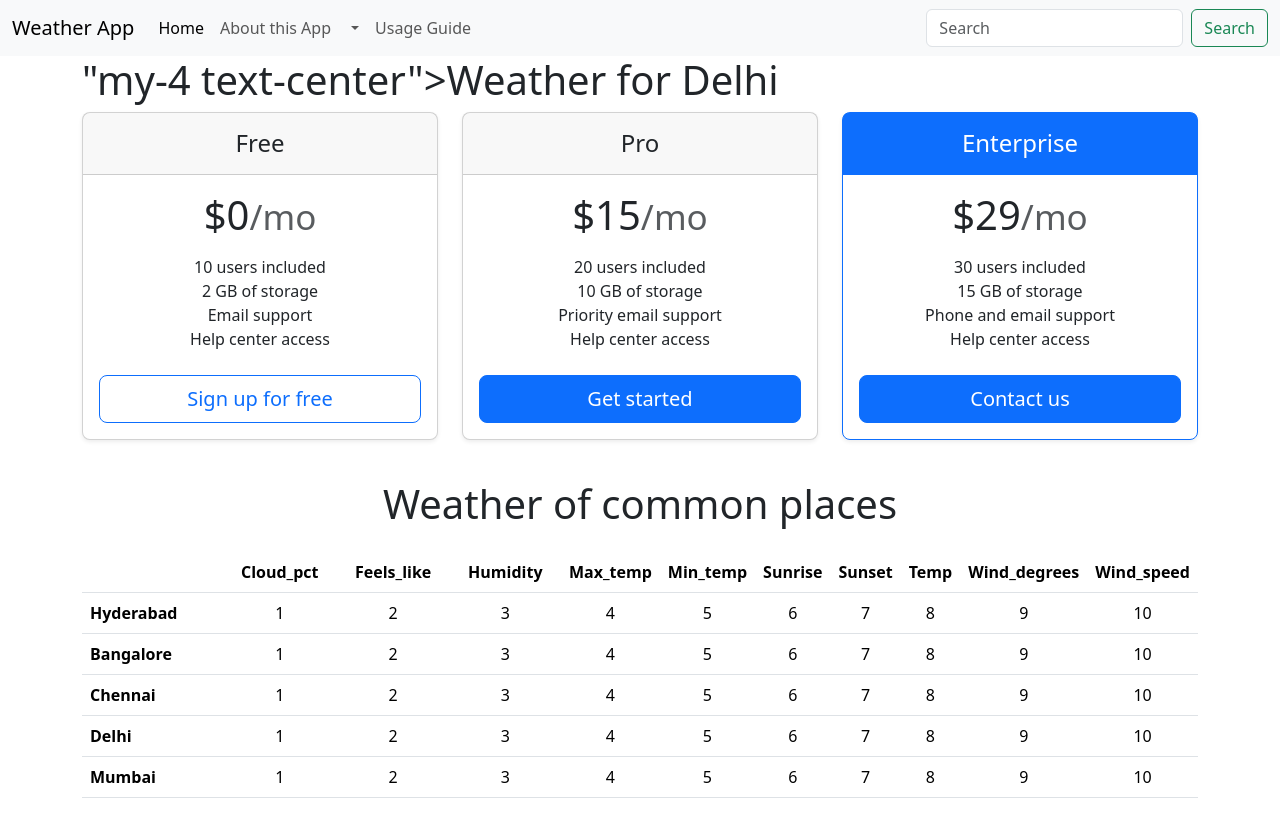
Repository: Abhilash2909/weather
Page: index.html
These files come from the project's save history. The page is drawn as it stood at one moment and after the next save; the edit follows.
The browser window is 1280 px wide. The pictures show the whole page.
The page's requests for data from a server got no answer.

Above is the page before, as saved 2024-02-11 10:50:14.

After the next save:
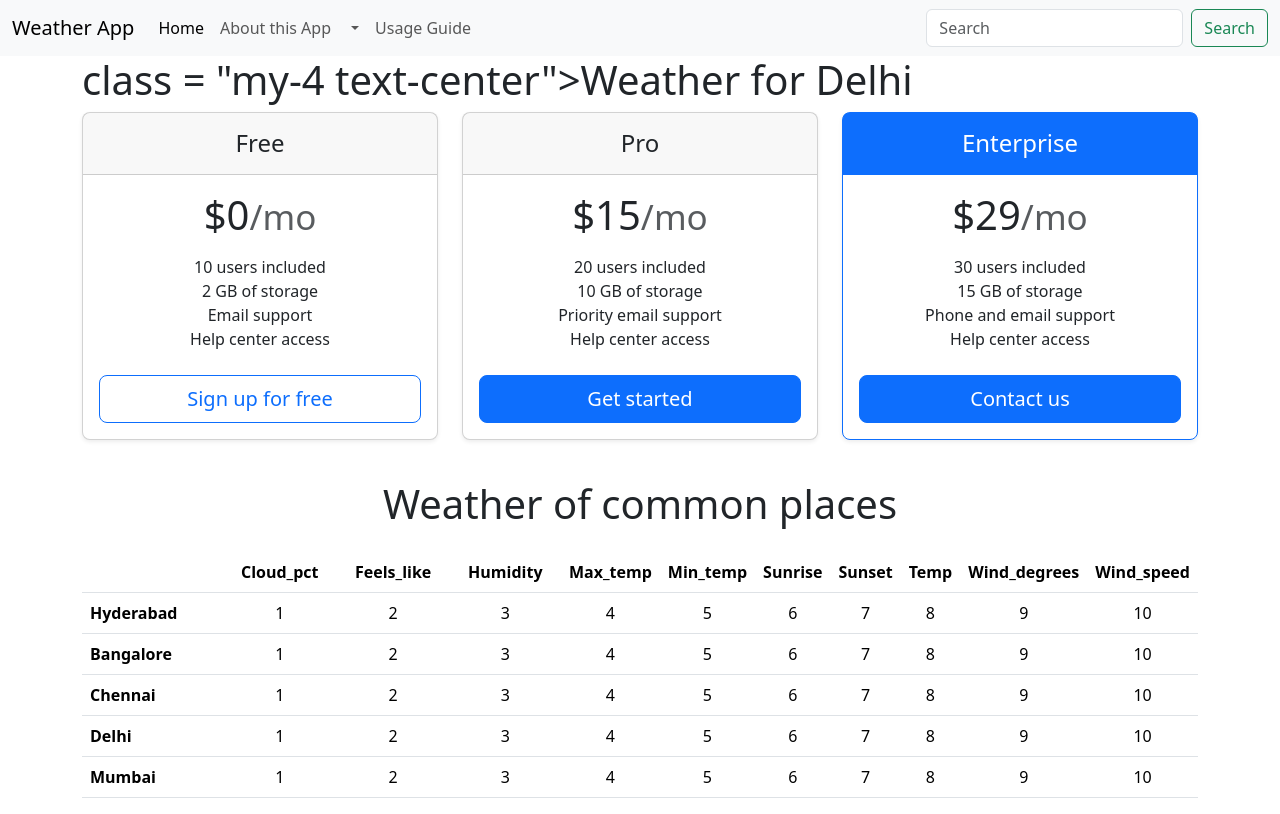
Saved 21 s later.
--- a/index.html
+++ b/index.html
@@ -45,7 +45,7 @@
 
       <div class="container">
         <main>
-          <h1>"my-4 text-center">Weather for Delhi</h1>
+          <h1>class = "my-4 text-center">Weather for Delhi</h1>
           <div class="row row-cols-1 row-cols-md-3 mb-3 text-center">
           <div class="col">
             <div class="card mb-4 rounded-3 shadow-sm">
